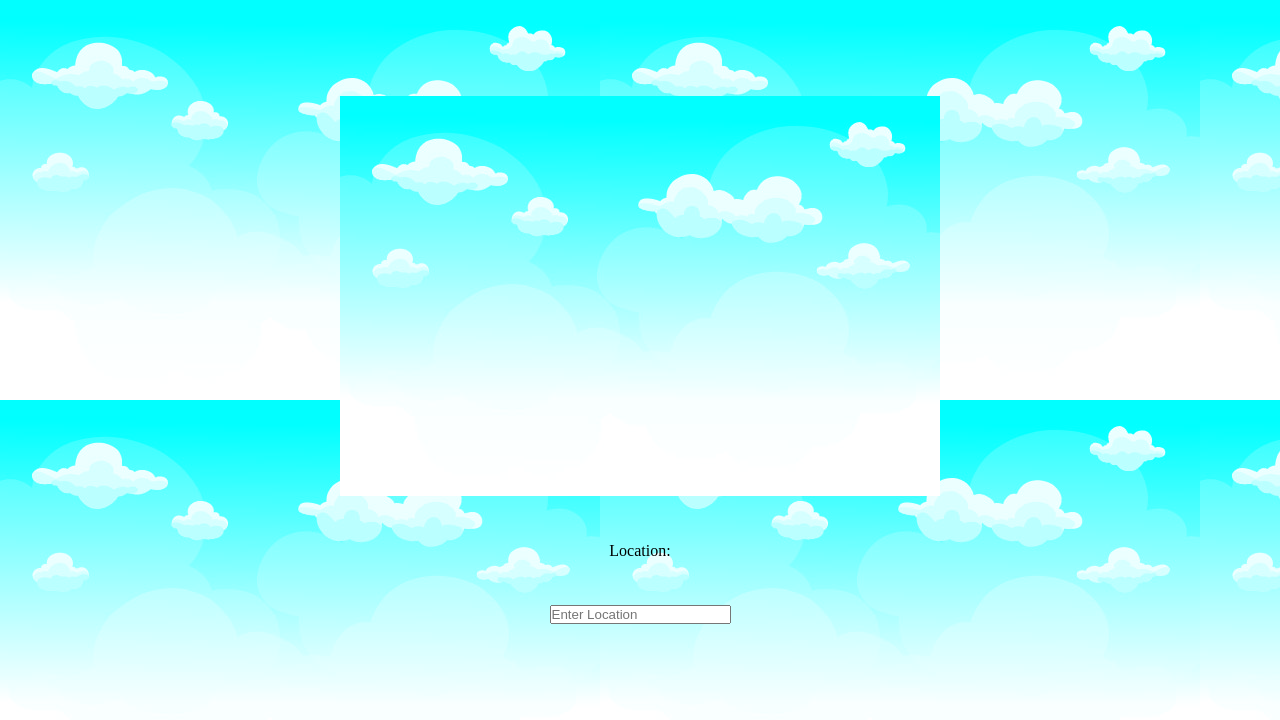
Repository: shaelorch/weather
Page: /
The author's editor kept a copy of each file at every save. The page is drawn from the files as they stood at one save, then again after the next save.
The browser window is 1280 px wide. The pictures show the whole page.
The project was rebuilt for these pictures with package versions that can differ from the ones it lists, and the page was loaded fresh each time. The framework's server and built-in components were replaced by stand-ins that run in the browser. Also part of the build but not shown: next.config.js.

Above is the page before, as saved 2023-01-17 11:45:05.

### pages/index.js
import Head from 'next/head'
import Image from 'next/image'
import { Inter } from '@next/font/google'
import styles from '@/styles/Home.module.css'
import axios from 'axios'
import { useState } from 'react';

const inter = Inter({ subsets: ['latin'] })



export default function Home() {
  const [location, setLocation] = useState('');
  const [data, setData] = useState({});
  const [weather, setWeather] = useState();
  const [errorMessage, setErrorMessage] = useState("");

  var apiKey = "5bb65e5dcdd88d96c09dd61a44557240";
  var lang = "fr";
  var units = "metric";
  const url = `https://api.openweathermap.org/data/2.5/weather?q=${location}&units=${units}&appid=${apiKey}&lang=${lang}`

  const searchLocation = (event) => {
    if(event.key === "Enter") {
      axios.get(url)
      .then((response) => {
        console.clear();
        setData(response.data);
        console.log(response.data);
        setWeather(response.data.weather);
        setErrorMessage("");
      }).catch(err => {
        console.log(err);
        setErrorMessage("Please enter another location");
        setData({});
        setWeather()
      })
      setLocation('')
  }}

  return <main className={styles.main}>

    <img styles={styles.background} src="/clouds.jpg"/>
    <div>
      <p>Location:</p>
      {data.name}
    </div>

    <input
    value={location}
    onChange={event => setLocation(event.target.value)}
    placeholder="Enter Location"
    onKeyDown={searchLocation}
    type="text"
    />

    {
      weather && weather.map((w, index)=> {
        return(
          <div key={index}>
            <div>{w.description}</div>
            <div>{w.main}</div>
            {data.main.temp} &deg;C
            <p>Feels Like:</p>
            {data.main.feels_like} &deg;C
            </div>










        )
      })
    }

  </main>



}

### styles/Home.module.css
.main {
  display: flex;
  flex-direction: column;
  justify-content: space-between;
  align-items: center;
  padding: 6rem;
  min-height: 100vh;
  background-image: url("/clouds.jpg");

}


.description {
  display: inherit;
  justify-content: inherit;
  align-items: inherit;
  font-size: 0.85rem;
  max-width: var(--max-width);
  width: 100%;
  z-index: 2;
  font-family: var(--font-mono);
}

.description a {
  display: flex;
  justify-content: center;
  align-items: center;
  gap: 0.5rem;
}

.description p {
  position: relative;
  margin: 0;
  padding: 1rem;
  background-color: rgba(var(--callout-rgb), 0.5);
  border: 1px solid rgba(var(--callout-border-rgb), 0.3);
  border-radius: var(--border-radius);
}

.code {
  font-weight: 700;
  font-family: var(--font-mono);
}

.grid {
  display: grid;
  grid-template-columns: repeat(4, minmax(25%, auto));
  width: var(--max-width);
  max-width: 100%;
}

.card {
  padding: 1rem 1.2rem;
  border-radius: var(--border-radius);
  background: rgba(var(--card-rgb), 0);
  border: 1px solid rgba(var(--card-border-rgb), 0);
  transition: background 200ms, border 200ms;
}

.card span {
  display: inline-block;
  transition: transform 200ms;
}

.card h2 {
  font-weight: 600;
  margin-bottom: 0.7rem;
}

.card p {
  margin: 0;
  opacity: 0.6;
  font-size: 0.9rem;
  line-height: 1.5;
  max-width: 30ch;
}

.center {
  display: flex;
  justify-content: center;
  align-items: center;
  position: relative;
  padding: 4rem 0;
}

.center::before {
  background: var(--secondary-glow);
  border-radius: 50%;
  width: 480px;
  height: 360px;
  margin-left: -400px;
}

.center::after {
  background: var(--primary-glow);
  width: 240px;
  height: 180px;
  z-index: -1;
}

.center::before,
.center::after {
  content: '';
  left: 50%;
  position: absolute;
  filter: blur(45px);
  transform: translateZ(0);
}

.logo,
.thirteen {
  position: relative;
}

.thirteen {
  display: flex;
  justify-content: center;
  align-items: center;
  width: 75px;
  height: 75px;
  padding: 25px 10px;
  margin-left: 16px;
  transform: translateZ(0);
  border-radius: var(--border-radius);
  overflow: hidden;
  box-shadow: 0px 2px 8px -1px #0000001a;
}

.thirteen::before,
.thirteen::after {
  content: '';
  position: absolute;
  z-index: -1;
}

/* Conic Gradient Animation */
.thirteen::before {
  animation: 6s rotate linear infinite;
  width: 200%;
  height: 200%;
  background: var(--tile-border);
}

/* Inner Square */
.thirteen::after {
  inset: 0;
  padding: 1px;
  border-radius: var(--border-radius);
  background: linear-gradient(
    to bottom right,
    rgba(var(--tile-start-rgb), 1),
    rgba(var(--tile-end-rgb), 1)
  );
  background-clip: content-box;
}

/* Enable hover only on non-touch devices */
@media (hover: hover) and (pointer: fine) {
  .card:hover {
    background: rgba(var(--card-rgb), 0.1);
    border: 1px solid rgba(var(--card-border-rgb), 0.15);
  }

  .card:hover span {
    transform: translateX(4px);
  }
}

@media (prefers-reduced-motion) {
  .thirteen::before {
    animation: none;
  }

  .card:hover span {
    transform: none;
  }
}

/* Mobile */
@media (max-width: 700px) {
  .content {
    padding: 4rem;
  }

  .grid {
    grid-template-columns: 1fr;
    margin-bottom: 120px;
    max-width: 320px;
    text-align: center;
  }

  .card {
    padding: 1rem 2.5rem;
  }

  .card h2 {
    margin-bottom: 0.5rem;
  }

  .center {
    padding: 8rem 0 6rem;
  }

  .center::before {
    transform: none;
    height: 300px;
  }

  .description {
    font-size: 0.8rem;
  }

  .description a {
    padding: 1rem;
  }

  .description p,
  .description div {
    display: flex;
    justify-content: center;
    position: fixed;
    width: 100%;
  }

  .description p {
    align-items: center;
    inset: 0 0 auto;
    padding: 2rem 1rem 1.4rem;
    border-radius: 0;
    border: none;
    border-bottom: 1px solid rgba(var(--callout-border-rgb), 0.25);
    background: linear-gradient(
      to bottom,
      rgba(var(--background-start-rgb), 1),
      rgba(var(--callout-rgb), 0.5)
    );
    background-clip: padding-box;
    backdrop-filter: blur(24px);
  }

  .description div {
    align-items: flex-end;
    pointer-events: none;
    inset: auto 0 0;
    padding: 2rem;
    height: 200px;
    background: linear-gradient(
      to bottom,
      transparent 0%,
      rgb(var(--background-end-rgb)) 40%
    );
    z-index: 1;
  }
}

/* Tablet and Smaller Desktop */
@media (min-width: 701px) and (max-width: 1120px) {
  .grid {
    grid-template-columns: repeat(2, 50%);
  }
}

@media (prefers-color-scheme: dark) {
  .vercelLogo {
    filter: invert(1);
  }

  .logo,
  .thirteen img {
    filter: invert(1) drop-shadow(0 0 0.3rem #ffffff70);
  }
}

@keyframes rotate {
  from {
    transform: rotate(360deg);
  }
  to {
    transform: rotate(0deg);
  }
}

Loaded but not shown: pages/_app.js (common file); pages/_document.js (common file); styles/globals.css (common file)

After the next save:
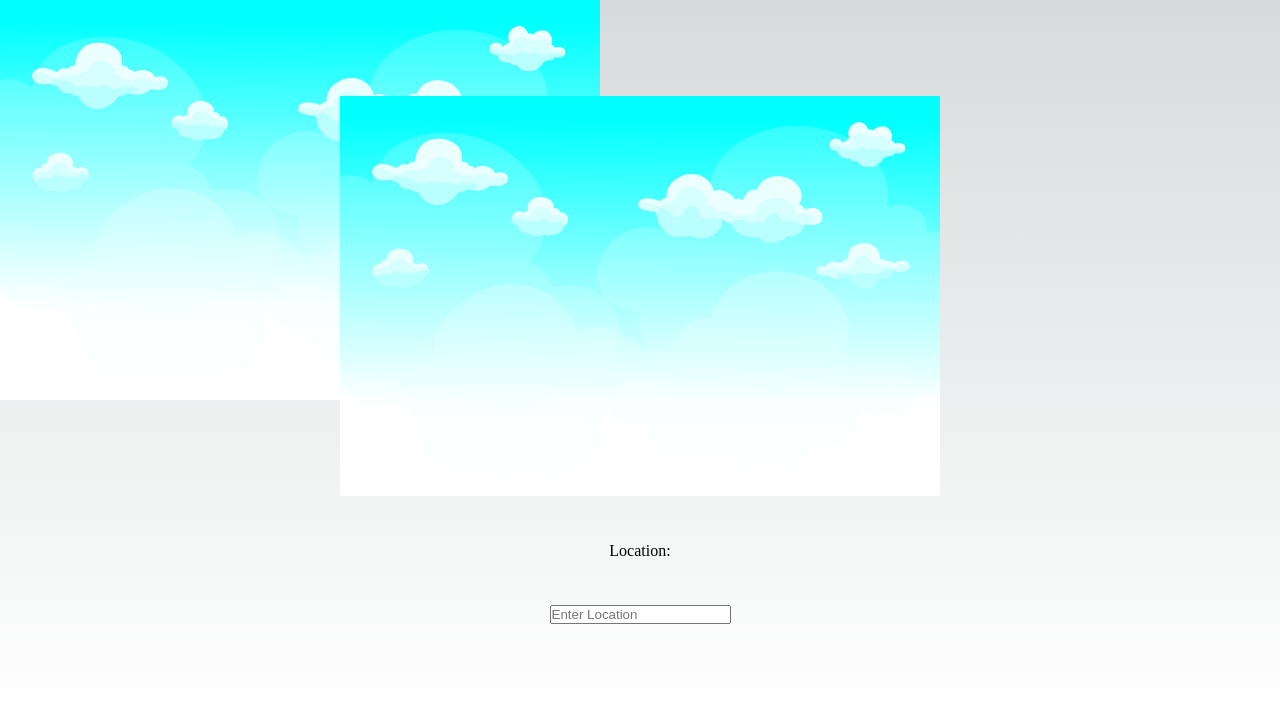
Saved 37 s later.
--- a/styles/Home.module.css
+++ b/styles/Home.module.css
@@ -6,6 +6,7 @@
   padding: 6rem;
   min-height: 100vh;
   background-image: url("/clouds.jpg");
+  background-repeat: no-repeat;
 
 }
 
